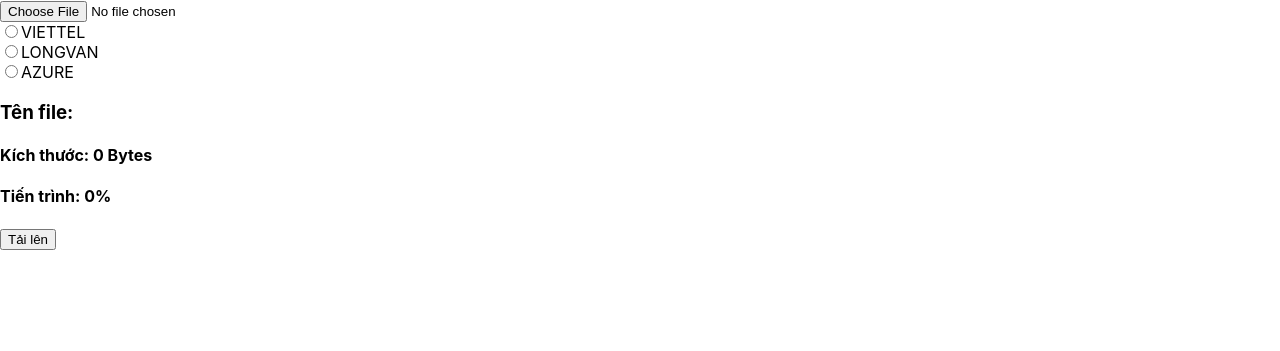
Repository: duc30012001/viettel-test-upload
Page: /
An editor plug-in stored every save of this project. The page is shown before and after the next save, followed by the edit.
The browser window is 1280 px wide. The pictures show the whole page.
The project was rebuilt for these pictures with package versions that can differ from the ones it lists, and the page was loaded fresh each time. Imported but missing from the stored project, and not drawn on this page: src/reportWebVitals.

Above is the page before, as saved 2023-03-16 11:33:23.

### src/App.jsx
// ./src/App.tsx

import React, { useState, useEffect, useRef } from "react";
import { uploadFileToAzure } from "./Upload/uploadToAzure";
import { getFileSize } from "./helper";

const App = () => {
  const fileInput = useRef(null);
  const [files, setFiles] = useState({});
  const [distributor, setDistributor] = useState("");
  const [progress, setProgress] = useState(0);
  const handleChangeProgress = (value) => {
    setProgress(value);
  };

  const handleUpload = () => {
    if (!distributor) {
      alert("Vui lòng chọn cloud storage");
      return;
    }
    const startTime = new Date(); // Start time of the upload
  };

  const onChange = (e) => {
    console.log("onChange", e.target.files);
    setFiles(e.target.files?.[0] || {});
  };

  const onChangeDistributor = (e) => {
    console.log("onChangeDistributor", e);
  };

  return (
    <div>
      <input ref={fileInput} onChange={onChange} type="file" />
      <div>
        <input
          onChange={onChangeDistributor}
          type="radio"
          id="VIETTEL"
          name="fav_language"
          value="VIETTEL"
        />
        <label for="VIETTEL">VIETTEL</label>
        <br />
        <input
          onChange={onChangeDistributor}
          type="radio"
          id="LONGVAN"
          name="fav_language"
          value="LONGVAN"
        />
        <label for="LONGVAN">LONGVAN</label>
        <br />
        <input
          onChange={onChangeDistributor}
          type="radio"
          id="AZURE"
          name="fav_language"
          value="AZURE"
        />
        <label for="AZURE">AZURE</label>
        <br />
      </div>

      <h3>Tên file: {files.name || ""}</h3>
      <h4>Kích thước: {getFileSize(files.size || 0)}</h4>
      <h4>Tiến trình: {progress}%</h4>
      <radio></radio>
      <button onClick={handleUpload}>Tải lên</button>
    </div>
  );
};

export default App;

### src/Upload/uploadToAzure.js
import { BlobServiceClient } from "@azure/storage-blob";

export const uploadFileToAzure = async (file, setProgress) => {
  const containerName = "uploaded";
  const connectionString =
    "BlobEndpoint=https://antmusicdemo.blob.core.windows.net/;QueueEndpoint=https://antmusicdemo.queue.core.windows.net/;FileEndpoint=https://antmusicdemo.file.core.windows.net/;TableEndpoint=https://antmusicdemo.table.core.windows.net/;SharedAccessSignature=sv=2021-12-02&ss=bfqt&srt=co&sp=rwdlacupiytfx&se=2023-03-16T11:29:14Z&st=2023-03-16T03:29:14Z&spr=https&sig=o8MVlJ%2F45IHkzLmqR6WjuiMXJNNm%2FW6XZQ3bFEWURNQ%3D";
  const blobServiceClient =
    BlobServiceClient.fromConnectionString(connectionString);
  const containerClient = blobServiceClient.getContainerClient(containerName);
  const blockBlobClient = containerClient.getBlockBlobClient(file.name);

  try {
    await blockBlobClient.uploadBrowserData(file, {
      onProgress: (currentProgress) => {
        let newProgress = (
          (currentProgress.loadedBytes / file.size) *
          100
        ).toFixed(2);
        if (newProgress > 100) newProgress = 100;
        setProgress(newProgress);
      },
    });
    const endTime = new Date(); // End time of the upload
    return endTime;
  } catch (error) {
    console.error("Failed to upload file", error);
  }
};

### src/helper.js
export const getFileSize = (bytes) => {
  if (bytes === 0) return "0 Bytes";
  let k = 1024,
    dm = 2,
    sizes = ["Bytes", "KB", "MB", "GB", "TB", "PB", "EB", "ZB", "YB"],
    i = Math.floor(Math.log(bytes) / Math.log(k));
  return parseFloat((bytes / Math.pow(k, i)).toFixed(dm)) + " " + sizes[i];
};

export function convertTime(milliseconds) {
  const minutes = Math.floor(milliseconds / 60000); // Get the number of whole minutes
  const seconds = ((milliseconds % 60000) / 1000).toFixed(0); // Get the number of seconds (with 0 decimal places)

  const formattedTime = `${minutes.toString().padStart(2, "0")}:${seconds
    .toString()
    .padStart(2, "0")}`; // Format the result as "mm:ss"
  return formattedTime;
}

Loaded but not shown: public/index.html (common file); src/index.jsx (common file); src/index.css (common file)

After the next save:
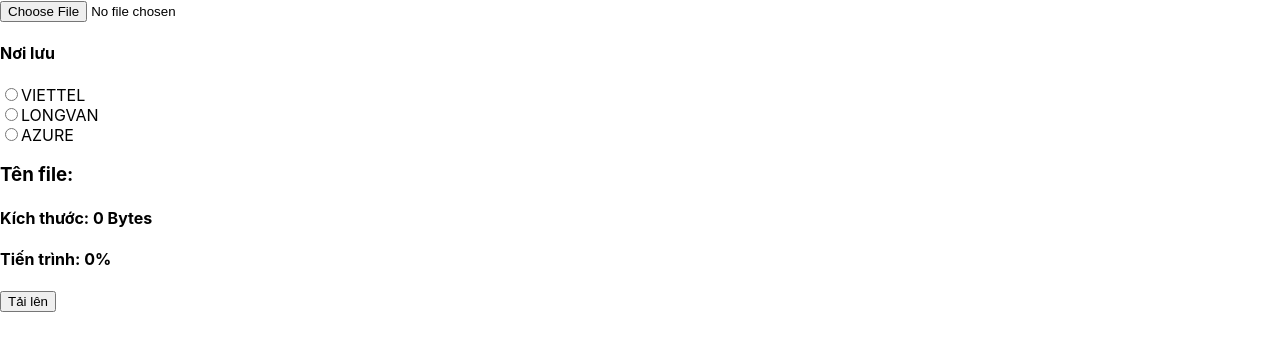
Saved 22 s later.
--- a/src/App.jsx
+++ b/src/App.jsx
@@ -34,6 +34,7 @@ const App = () => {
     <div>
       <input ref={fileInput} onChange={onChange} type="file" />
       <div>
+        <h4>Nơi lưu</h4>
         <input
           onChange={onChangeDistributor}
           type="radio"
